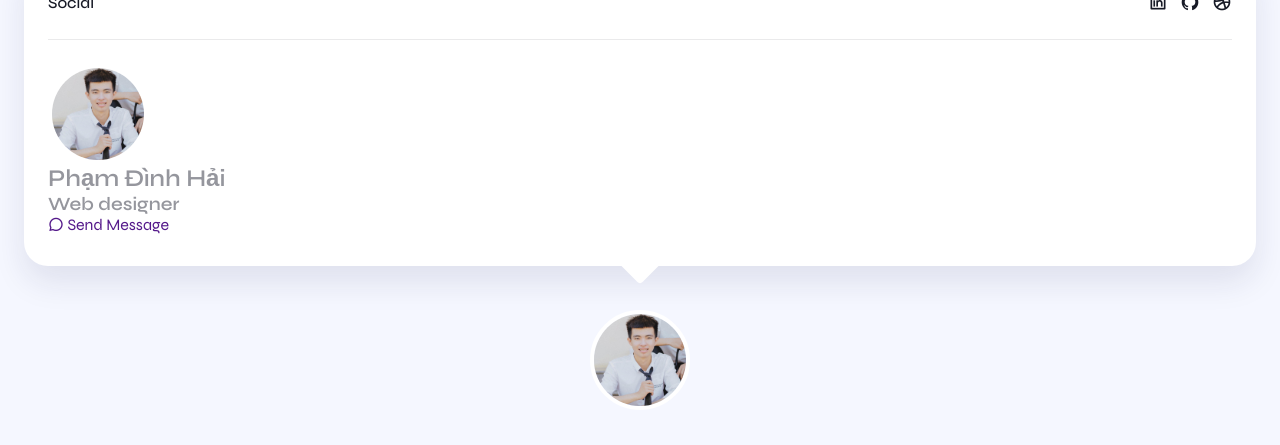
Repository: dinhhaidh/Profile
Page: index.html
The author's editor kept a copy of each file at every save. The page is drawn from the files as they stood at one save, then again after the next save.
The browser window is 1280 px wide. The pictures show the whole page.
Some web libraries are served in a nearby version.

Above is the page before, as saved 2024-02-29 09:21:51.

After the next save:
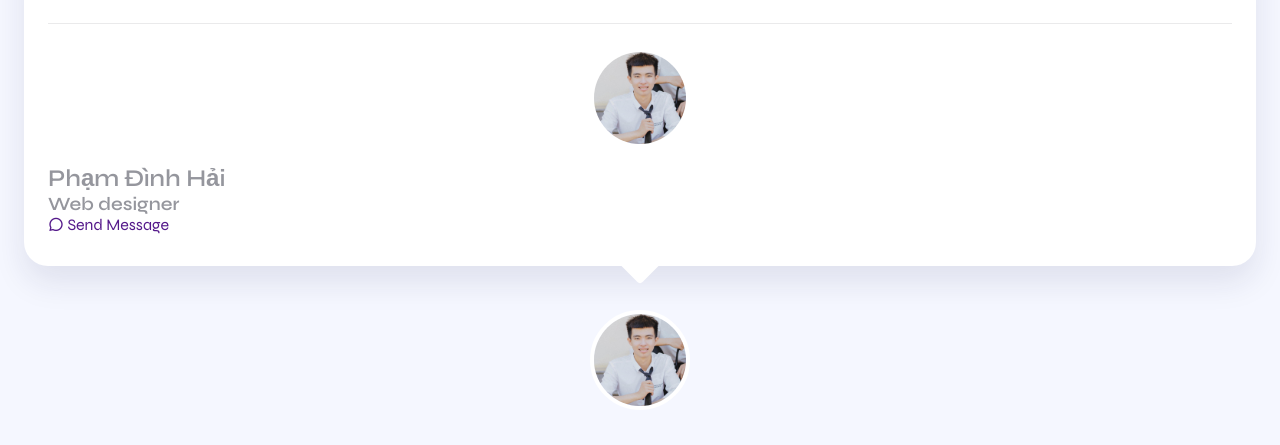
Saved 6 s later.
--- a/style.css
+++ b/style.css
@@ -141,7 +141,7 @@ img {
     width: 100px;
     height: 100px;
     position: relative;
-
+    margin: 0 auto 1rem;
 }
 
 .card__mask {}
